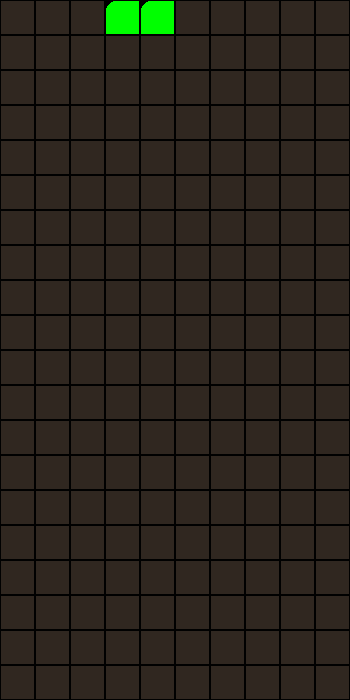
Repository: lucacdev/Tetris
Script's output: python assets/main.py
The author's editor kept a copy of each file at every save. The script's output is drawn from the files as they stood at one save, then again after the next save.
The window is shown after at most 60 frames with no key pressed. Random numbers start from a fixed seed. It also reads assets/sprites/b.png, assets/sprites/c.png, assets/sprites/g.png, assets/sprites/o.png, assets/sprites/p.png, assets/sprites/r.png, assets/sprites/y.png.

Above is the script's output before, as saved 2024-03-01 16:56:23.

### assets/main.py
from settings import *
from tetris import Tetris
import sys
import pathlib

class App:
    def __init__(self):
        pg.init()
        pg.display.set_caption('Tetris')
        self.screen = pg.display.set_mode(FIELD_RES)
        self.clock = pg.time.Clock()
        self.set_timer()
        self.images = self.load_images()
        self.tetris = Tetris(self)

    def load_images(self):
        files = [item for item in pathlib.Path(SPRITE_DIR_PATH).rglob('*.png') if item.is_file()]
        images = [pg.image.load(file).convert_alpha() for file in files]
        images = [pg.transform.scale(image, (TILE_SIZE, TILE_SIZE)) for image in images]
        return images

    def set_timer(self):
        self.user_event = pg.USEREVENT
        self.fast_user_event = pg.USEREVENT + 1
        self.anim_trigger = False
        self.fast_anim_trigger = False
        pg.time.set_timer(self.user_event, ANIM_TIME_INTERVAL)
        pg.time.set_timer(self.fast_user_event, FAST_ANIM_TIME_INTERVAL)

    def update(self):
        self.tetris.update()
        self.clock.tick(FPS)

    def draw(self):
        self.screen.fill(color=FIELD_COLOUR)
        self.tetris.draw()
        pg.display.flip()

    def check_events(self):
        self.anim_trigger = False
        self.fast_anim_trigger = False
        for event in pg.event.get():
            if event.type == pg.QUIT or (event.type == pg.KEYDOWN and event.key == pg.K_ESCAPE):
                pg.quit()
                sys.exit()
            elif event.type == pg.KEYDOWN:
                self.tetris.control(pressed_key=event.key)
            elif event.type == self.user_event:
                self.anim_trigger = True
            elif event.type == self.fast_user_event:
                self.fast_anim_trigger = True

    def run(self):
        while True:
            self.check_events()
            self.update()
            self.draw()

if __name__ == '__main__':
    app = App()
    app.run()

### assets/settings.py
import pygame as pg

vec = pg.math.Vector2

FPS = 60
FIELD_COLOUR = (48, 39, 32)

SPRITE_DIR_PATH = 'assets/sprites'

ANIM_TIME_INTERVAL = 150 # ms
FAST_ANIM_TIME_INTERVAL = 15 # ms

TILE_SIZE = 35
FIELD_SIZE = FIELD_W, FIELD_H = 10, 20
FIELD_RES = FIELD_W * TILE_SIZE, FIELD_H * TILE_SIZE

INIT_POS_OFFSET = vec(FIELD_W // 2 - 1, 0)
MOVE_DIRECTIONS = {'left': vec(-1, 0), 'right': vec(1, 0), 'down': vec(0, 1)}

TETROMINOES = {
    'O' : [(0, 0), (0, -1), (1, 0), (1, -1)],
    'I' : [(0, 0), (0, 1), (0, -1), (0, -2)],
    'S' : [(0, 0), (-1, 0), (0, -1), (1, -1)],
    'Z' : [(0, 0), (1, 0), (0, -1), (-1, -1)],
    'L' : [(0, 0), (1, 0), (0, -1), (0, -2)],
    'J' : [(0, 0), (-1, 0), (0, -1), (0, -2)],
    'T' : [(0, 0), (-1, 0), (1, 0), (0, -1)]
}

TETROMINOES_COLOURS = {
    'O' : (255, 255, 0),
    'I' : (0, 255, 255),
    'S' : (0, 255, 0),
    'Z' : (255, 0, 255),
    'L' : (255, 165, 0),
    'J' : (0, 0, 255),
    'T' : (255, 0, 0)
}

### assets/tetris.py
from settings import *
import math
from tetromino import Tetromino

class Tetris:
    def __init__(self, app):
        self.app = app
        self.sprite_group = pg.sprite.Group()
        self.field_array = self.get_field_array()
        self.tetromino = Tetromino(self)
        self.speed_up = False

    def check_full_lines(self):
        row = FIELD_H - 1
        for y in range(FIELD_H - 1, -1, -1):
            for x in range(FIELD_W):
                self.field_array[row][x] = self.field_array[y][x]

                if self.field_array[y][x]:
                    self.field_array[row][x].pos = vec(x, y)

            if sum(map(bool, self.field_array[y])) < FIELD_W:
                row -= 1
            else:
                for x in range(FIELD_W):
                    self.field_array[row][x].alive = False
                    self.field_array[row][x] = 0

    def put_blocks_in_array(self):
        for block in self.tetromino.blocks:
            x, y = int(block.pos.x), int(block.pos.y)
            self.field_array[y][x] = block

    def get_field_array(self):
        return [[0 for x in range(FIELD_W)] for y in range(FIELD_H)]

    def check_landing(self):
        if self.tetromino.landing:
            self.speed_up = False
            self.put_blocks_in_array()
            self.tetromino = Tetromino(self)

    def control(self, pressed_key):
        if pressed_key == pg.K_LEFT:
            self.tetromino.move(direction='left')
        elif pressed_key == pg.K_RIGHT:
            self.tetromino.move(direction='right')
        elif pressed_key == pg.K_UP:
            self.tetromino.rotate()
        elif pressed_key == pg.K_DOWN:
            self.speed_up = True

    def draw_grid(self):
        for x in range (FIELD_W):
            for y in range (FIELD_H):
                pg.draw.rect(self.app.screen, 'black',
                             (x * TILE_SIZE, y * TILE_SIZE, TILE_SIZE, TILE_SIZE), 1)

    def update(self):
        trigger = [self.app.anim_trigger, self.app.fast_anim_trigger][self.speed_up]
        if trigger:
            self.check_full_lines()
            self.tetromino.update()
            self.check_landing()
        self.sprite_group.update()

    def draw(self):
        self.draw_grid()
        self.sprite_group.draw(self.app.screen)

### assets/tetromino.py
from settings import *
import random

class Block(pg.sprite.Sprite):
    def __init__(self, tetromino, pos):
        self.tetromino = tetromino
        self.pos = vec(pos) + INIT_POS_OFFSET
        self.alive = True

        super().__init__(tetromino.tetris.sprite_group)
        # self.image = tetromino.image
        self.image = pg.Surface([TILE_SIZE, TILE_SIZE])
        pg.draw.rect(self.image, tetromino.image, (1, 1, TILE_SIZE - 2, TILE_SIZE - 2), border_top_left_radius = 10)
        self.rect = self.image.get_rect()

    def is_alive(self):
        if not self.alive:
            self.kill()

    def rotate(self, pivot_pos):
        translated = self.pos - pivot_pos
        rotated = translated.rotate(90)
        return rotated + pivot_pos

    def set_rect_pos(self):
        self.rect.topleft = self.pos * TILE_SIZE

    def update(self):
        self.is_alive()
        self.set_rect_pos()

    def is_collide(self, pos):
        x, y = int(pos.x), int(pos.y)
        if 0 <= x < FIELD_W and y < FIELD_H and (y < 0 or not self.tetromino.tetris.field_array[y][x]):
            return False
        return True

class Tetromino:
    def __init__(self, tetris):
        self.tetris = tetris
        self.shape = random.choice(list(TETROMINOES.keys()))
        # self.image = random.choice(tetris.app.images)
        self.image = TETROMINOES_COLOURS[self.shape]
        self.blocks = [Block(self, pos) for pos in TETROMINOES[self.shape]]
        self.landing = False

    def rotate(self):
        pivot_pos = self.blocks[0].pos
        new_block_positions = [block.rotate(pivot_pos) for block in self.blocks]

        if not self.is_collide(new_block_positions):
            for i, block in enumerate(self.blocks):
                block.pos = new_block_positions[i]

    def is_collide(self, block_positions):
        return any(map(Block.is_collide, self.blocks, block_positions))

    def move(self, direction):
        move_direction = MOVE_DIRECTIONS[direction]
        new_block_positions = [block.pos + move_direction for block in self.blocks]
        is_collide = self.is_collide(new_block_positions)

        if not is_collide:
            for block in self.blocks:
                block.pos += move_direction
        elif direction == 'down':
            self.landing = True

    def update(self):
        self.move(direction='down')

After the next save:
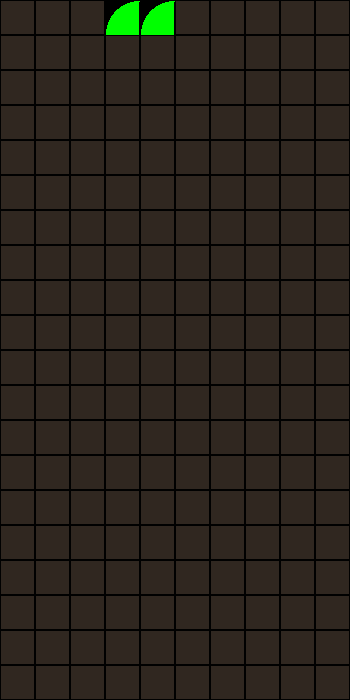
Saved 2 min 21 s later.
--- a/assets/tetromino.py
+++ b/assets/tetromino.py
@@ -10,7 +10,7 @@
         super().__init__(tetromino.tetris.sprite_group)
         # self.image = tetromino.image
         self.image = pg.Surface([TILE_SIZE, TILE_SIZE])
-        pg.draw.rect(self.image, tetromino.image, (1, 1, TILE_SIZE - 2, TILE_SIZE - 2), border_top_left_radius = 10)
+        pg.draw.rect(self.image, tetromino.image, (1, 1, TILE_SIZE - 2, TILE_SIZE - 2), border_top_left_radius = 70)
         self.rect = self.image.get_rect()
 
     def is_alive(self):
